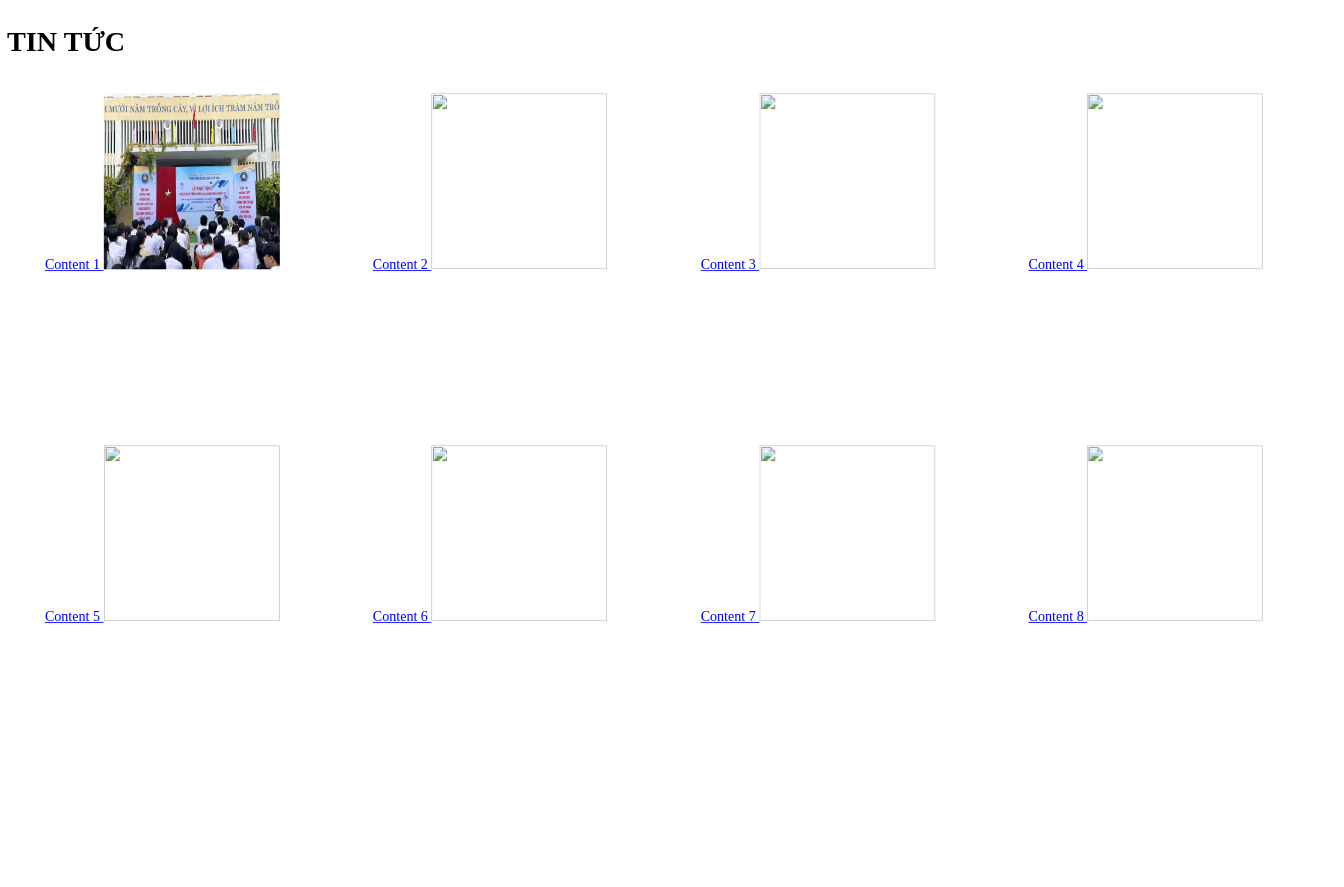
Repository: dphasst17/THPTVCC
Page: new/new_content/new_content_home.html
The author's editor kept a copy of each file at every save. The page is drawn from the files as they stood at one save, then again after the next save.
The browser window is 1280 px wide. The page is 1527 px wide, so the pictures cover 1527 px, including what lies to the right of the window. The pictures show the whole page, at 88% of full size.

Above is the page before, as saved 2022-10-13 09:37:03.

### new/new_content/new_content_home.html
<!DOCTYPE html>
<html lang="en">
<head>
    <meta charset="UTF-8">
    <meta http-equiv="X-UA-Compatible" content="IE=edge">
    <meta name="viewport" content="width=device-width, initial-scale=1.0">
    <title>Document</title>
    <style>
        body{
            width:1519px;
            height:500px;
            overflow-x:hidden;
            overflow-y:hidden;
        }
        .new_body{
            width:99%;
            height:1000px;
            text-align:center;
            background-color:#fff;
            overflow: hidden;
            border-radius:10px;
        }
        h1{
            position:absolute;
            text-align: center;
        }
        .content{
            width:300px;
            height:350px;
            display:inline-flex;
            margin:25px 34.3px;
            flex-wrap: wrap;
            align-content: center;
        }
        img{
            width:200px;
            height:200px;
        }
    </style>
</head>
<body>
    <div class="new_body">
        <h1>TIN TỨC</h1>
        <div class="content">
            <a href="../new_content/new_conten1.html">Content 1
                <img src="../new_img/1.jpg" alt="">
            </a>
        </div>
        <div class="content">
            <a href="../new_content/new_content2.html">Content 2
                <img src="" alt="">
            </a>
        </div>
        <div class="content"><a href="../new_content/new_content3.html">Content 3
            <img src="" alt="">
        </a></div>
        <div class="content"><a href="../new_content/new_content4.html">Content 4
            <img src="" alt="">
        </a></div>
        <div class="content"><a href="../new_content/new_content5.html">Content 5
            <img src="" alt="">
        </a></div>
        <div class="content"><a href="../new_content/new_content6.html">Content 6
            <img src="" alt="">
        </a></div>
        <div class="content"><a href="../new_content/new_content7.html">Content 7
            <img src="" alt="">
        </a></div>
        <div class="content"><a href="../new_content/new_content8.html">Content 8
            <img src="" alt="">
        </a></div>
    </div>
</body>
</html>

After the next save:
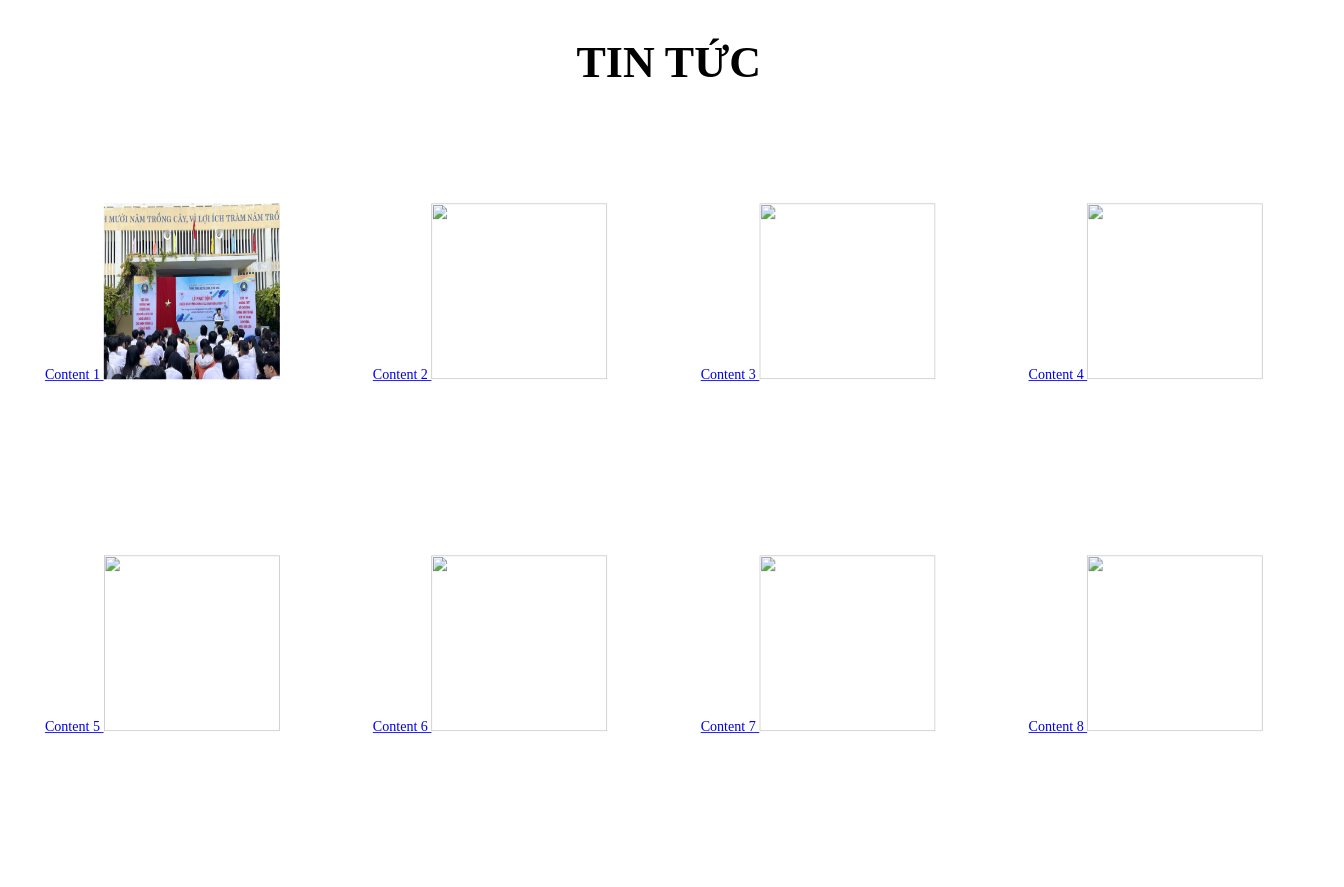
Saved 21 s later.
--- a/new/new_content/new_content_home.html
+++ b/new/new_content/new_content_home.html
@@ -21,8 +21,9 @@
             border-radius:10px;
         }
         h1{
-            position:absolute;
-            text-align: center;
+            color:black;
+            text-align:center;
+            font-size:50px;
         }
         .content{
             width:300px;

After the save that followed:
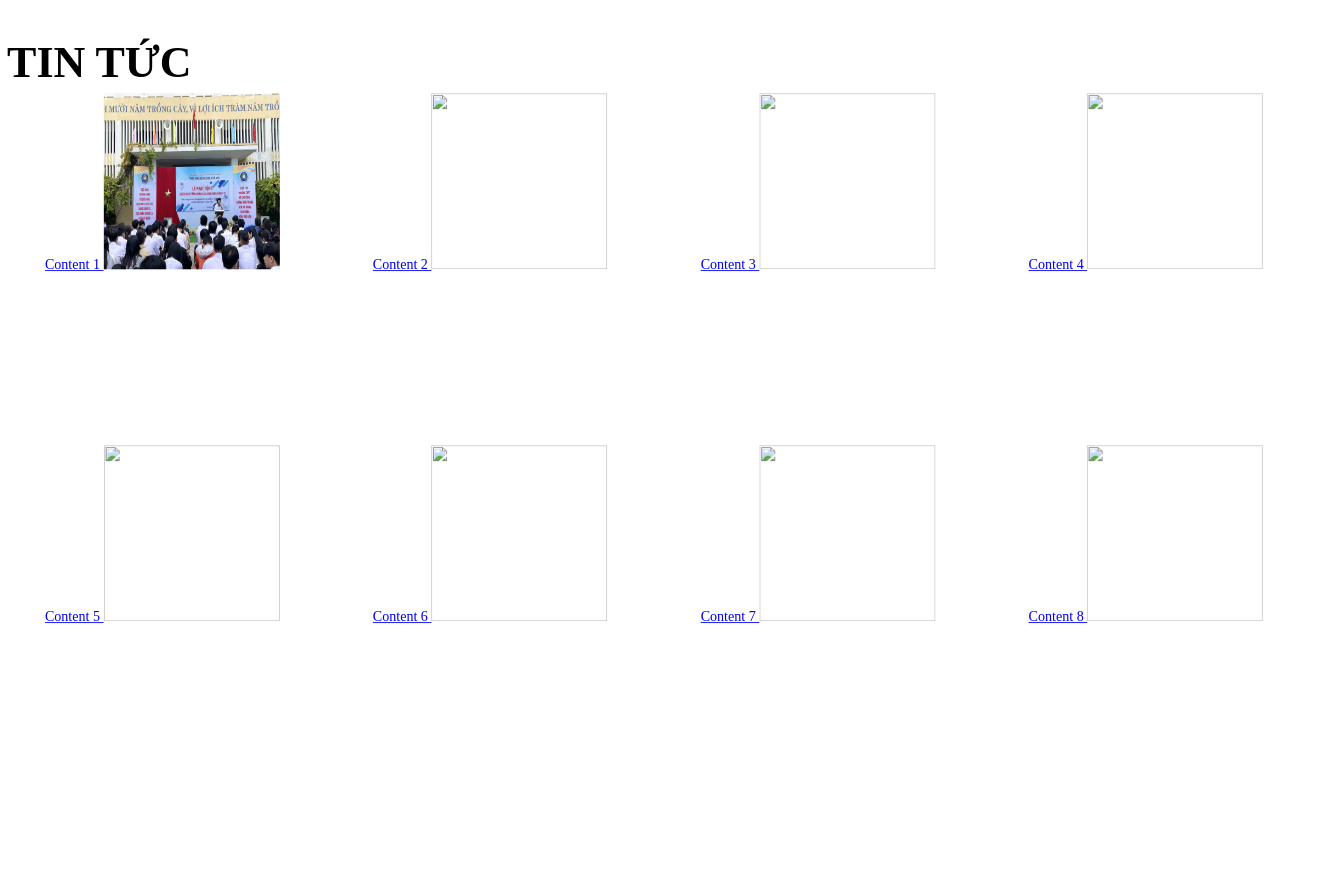
Saved 37 s later.
--- a/new/new_content/new_content_home.html
+++ b/new/new_content/new_content_home.html
@@ -21,6 +21,7 @@
             border-radius:10px;
         }
         h1{
+            position:absolute;
             color:black;
             text-align:center;
             font-size:50px;
